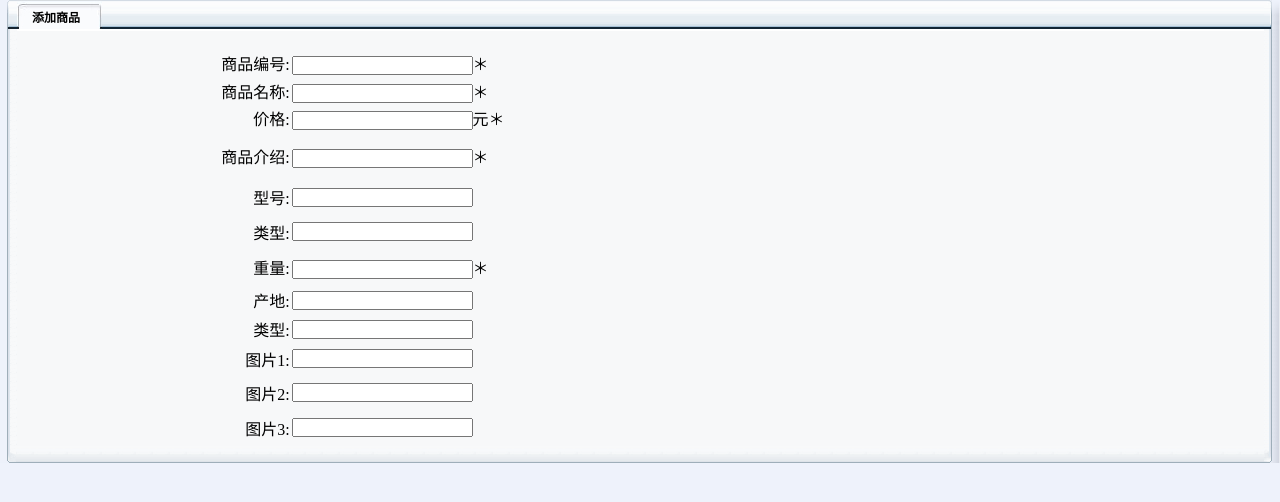
Repository: wzhcxw/shop
Page: ShopOnline/WebContent/admin/addsku.html
The author's editor kept a copy of each file at every save. The page is drawn from the files as they stood at one save, then again after the next save.
The browser window is 1280 px wide. The pictures show the whole page.

Above is the page before, as saved 2014-09-26 00:09:32.

After the next save:
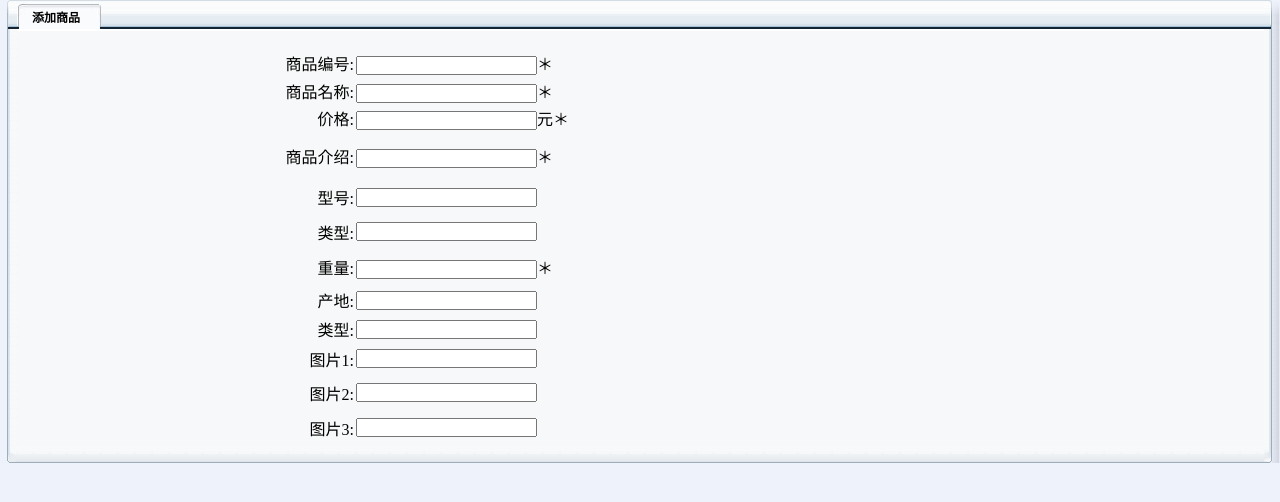
Saved 119 s later.
--- a/ShopOnline/WebContent/admin/addsku.html
+++ b/ShopOnline/WebContent/admin/addsku.html
@@ -50,10 +50,10 @@ tr{}
 
 <body  id= mainbody  >
  	<br>
-	<table width="628">
+	<table width="1000">
         <tr >
-        	<td  class="tal" width="268" height="22">商品编号:</td>
-           <td width="348"><input width="100"></input>＊</td>
+        	<td  class="tal" width="333" height="22">商品编号:</td>
+           <td width="655"><input width="100"></input>＊</td>
         </tr>
                 <tr>
         	<td class="tal"  height="27">商品名称:</td>
